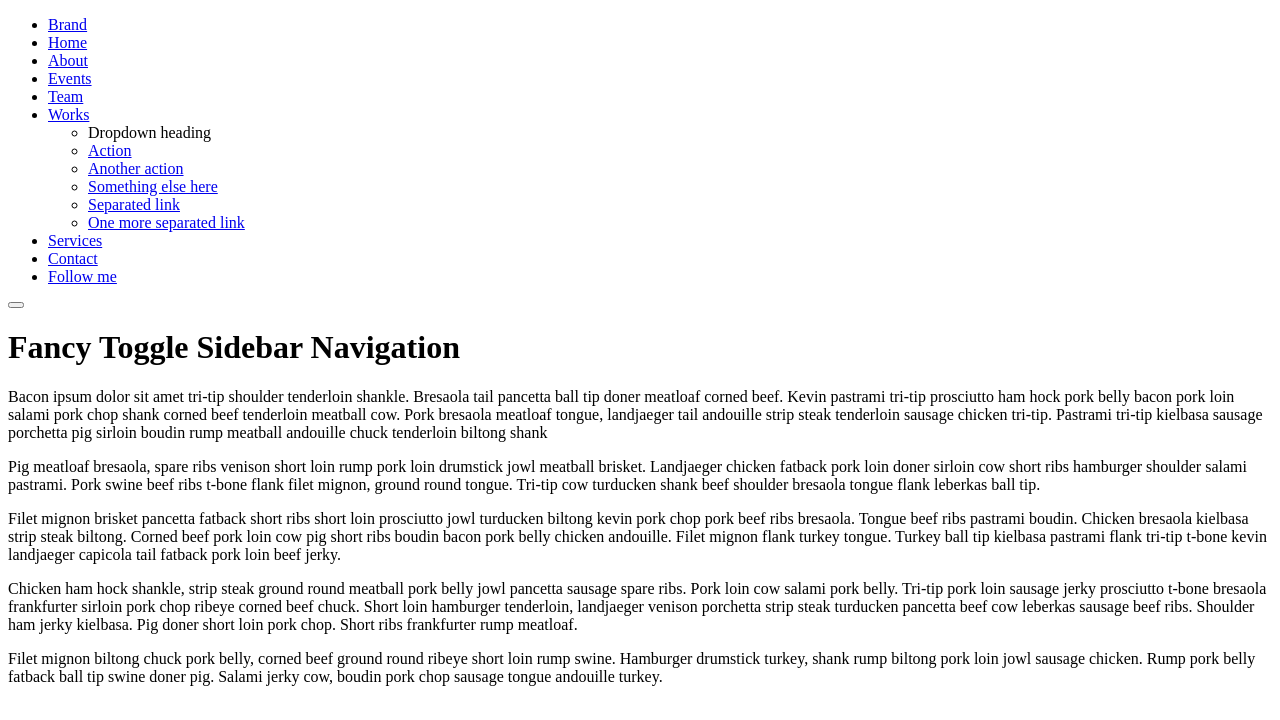
Repository: hsKinn/MUCO
Page: http://localhost/Travery-Admin2/test.jsp
The author's editor kept a copy of each file at every save. The page is drawn from the files as they stood at one save, then again after the next save.
The browser window is 1280 px wide. The pictures show the whole page.
The page is served by Tomcat 9.

Above is the page before, as saved 2016-03-29 07:04:20.
Console error: ReferenceError: $ is not defined

After the next save:
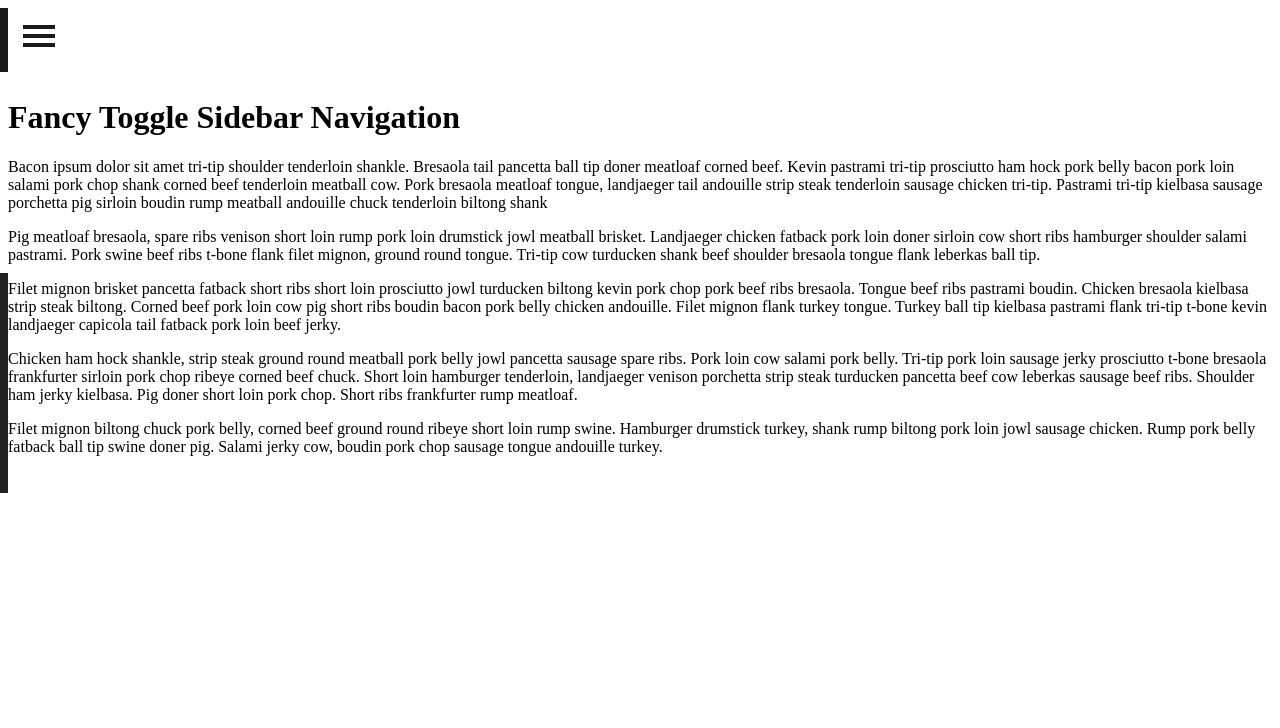
Saved 41 s later.
--- a/Travery-Admin2/WebContent/test.jsp
+++ b/Travery-Admin2/WebContent/test.jsp
@@ -5,6 +5,8 @@
 <html>
 <head>
 <meta http-equiv="Content-Type" content="text/html; charset=UTF-8">
+<link rel="stylesheet" type="text/css"
+	href="<c:url value="/resource/css/common/test.css"/>" />
 
 <title>Insert title here</title>
 </head>
